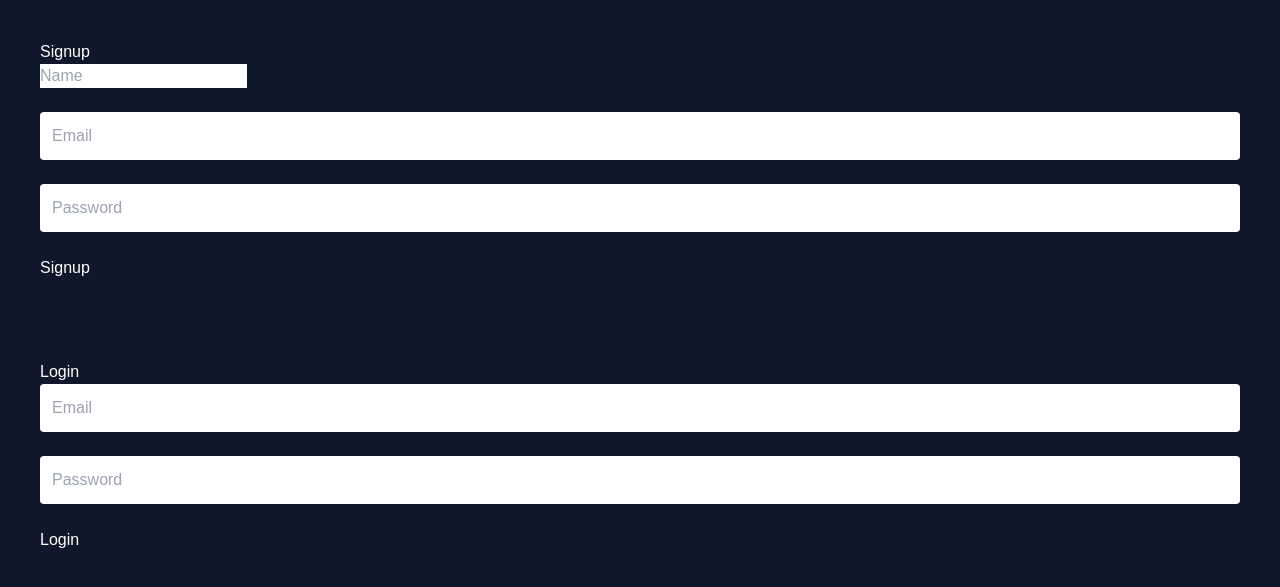
Repository: codelearnAayush/AI-Security-Monitoring-Platform
Page: / (app in frontend/)
These files come from the project's save history. The page is drawn as it stood at one moment and after the next save; the edit follows.
The browser window is 1280 px wide. The pictures show the whole page.
The project was rebuilt for these pictures with package versions that can differ from the ones it lists, and the page was loaded fresh each time. Also part of the build but not shown: frontend/vite.config.js, frontend/src/services/api.js, frontend/src/components/ThreatCard.jsx, frontend/src/components/UrlScanner.jsx, frontend/src/components/Dashboard.jsx.

Above is the page before, as saved 2026-05-28 14:50:16.

After the next save:
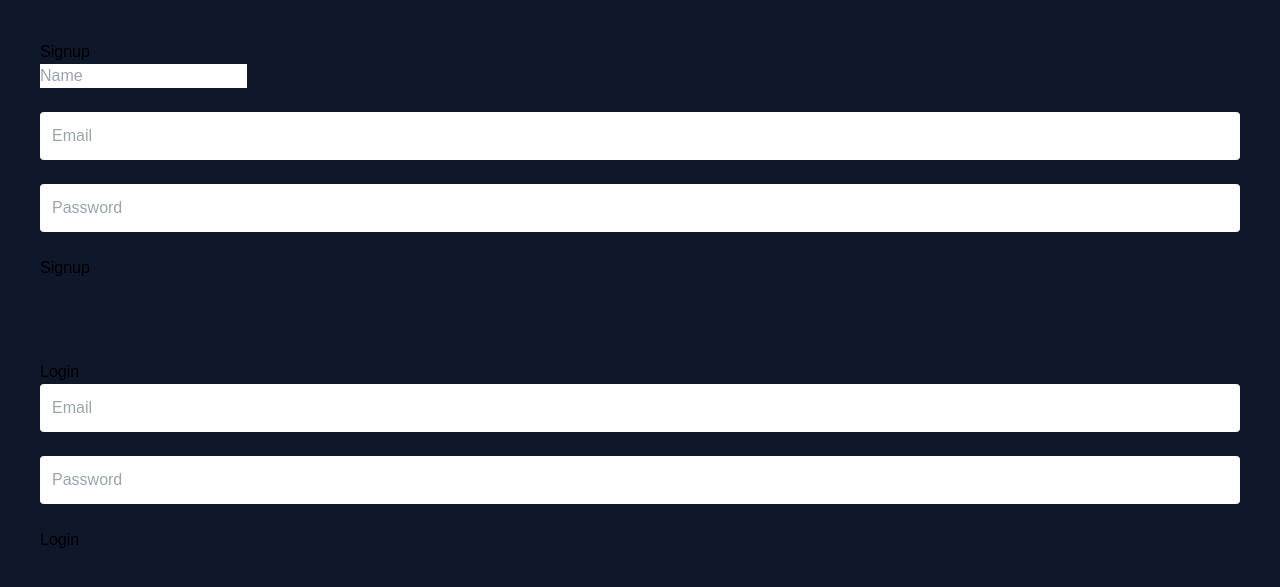
Saved 103 s later.
--- a/frontend/src/index.css
+++ b/frontend/src/index.css
@@ -4,6 +4,6 @@
 
 body {
     background-color: #0f172a;
-    color: white;
+    /* color: white; */
     font-family: Arial, sans-serif;
 }
